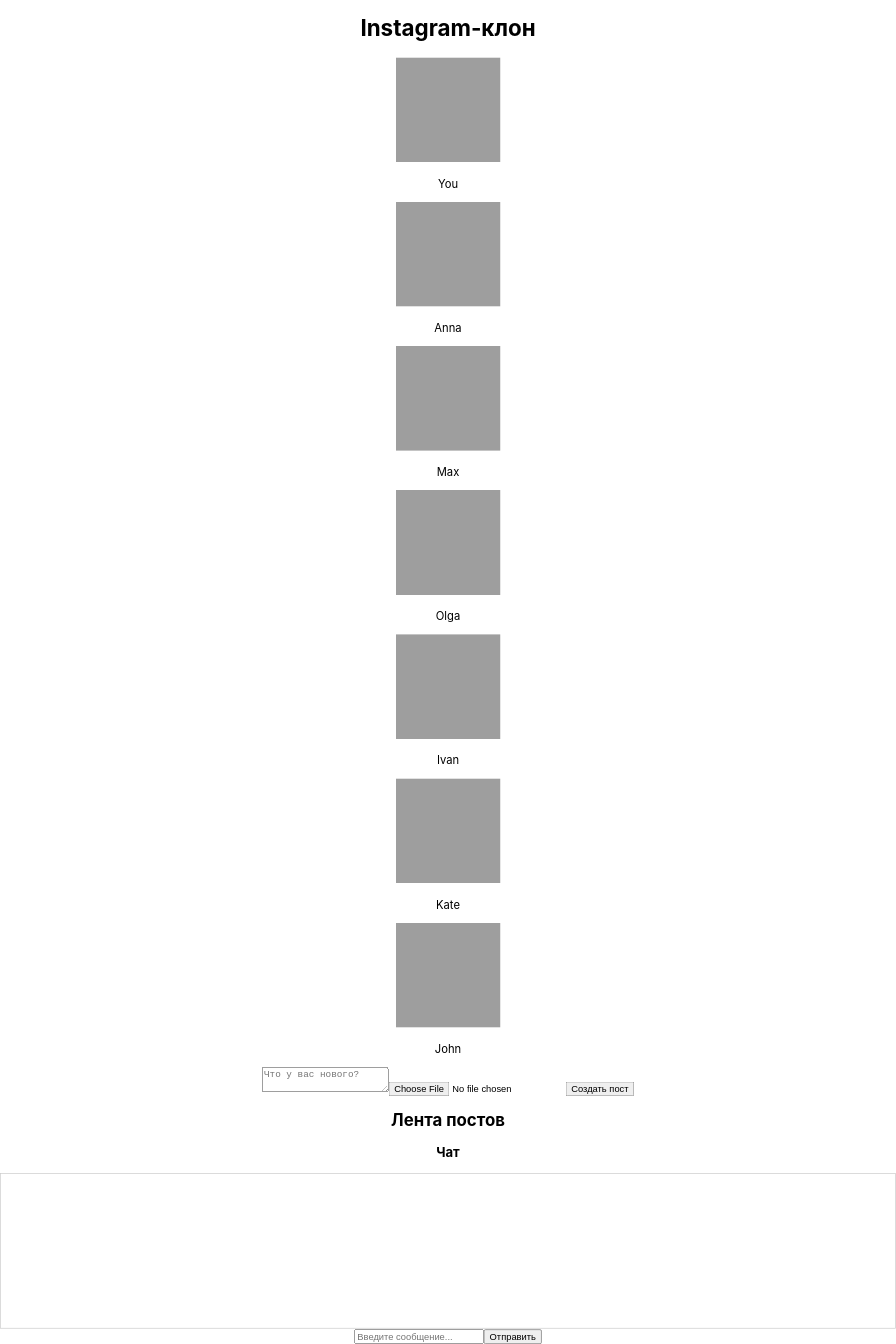
Repository: JuliiaJuliia/project-ichgram
Page: /
The author's editor kept a copy of each file at every save. The page is drawn from the files as they stood at one save, then again after the next save.
The browser window is 1280 px wide. The pictures show the whole page, at 70% of full size.
Pictures or frames that could not be fetched are drawn as grey boxes. The page's requests for data from a server got no answer. The project was rebuilt for these pictures with package versions that can differ from the ones it lists, and the page was loaded fresh each time. No one was signed in, and anything a server would have sent is missing.

Above is the page before, as saved 2026-02-19 07:51:12.

After the next save:
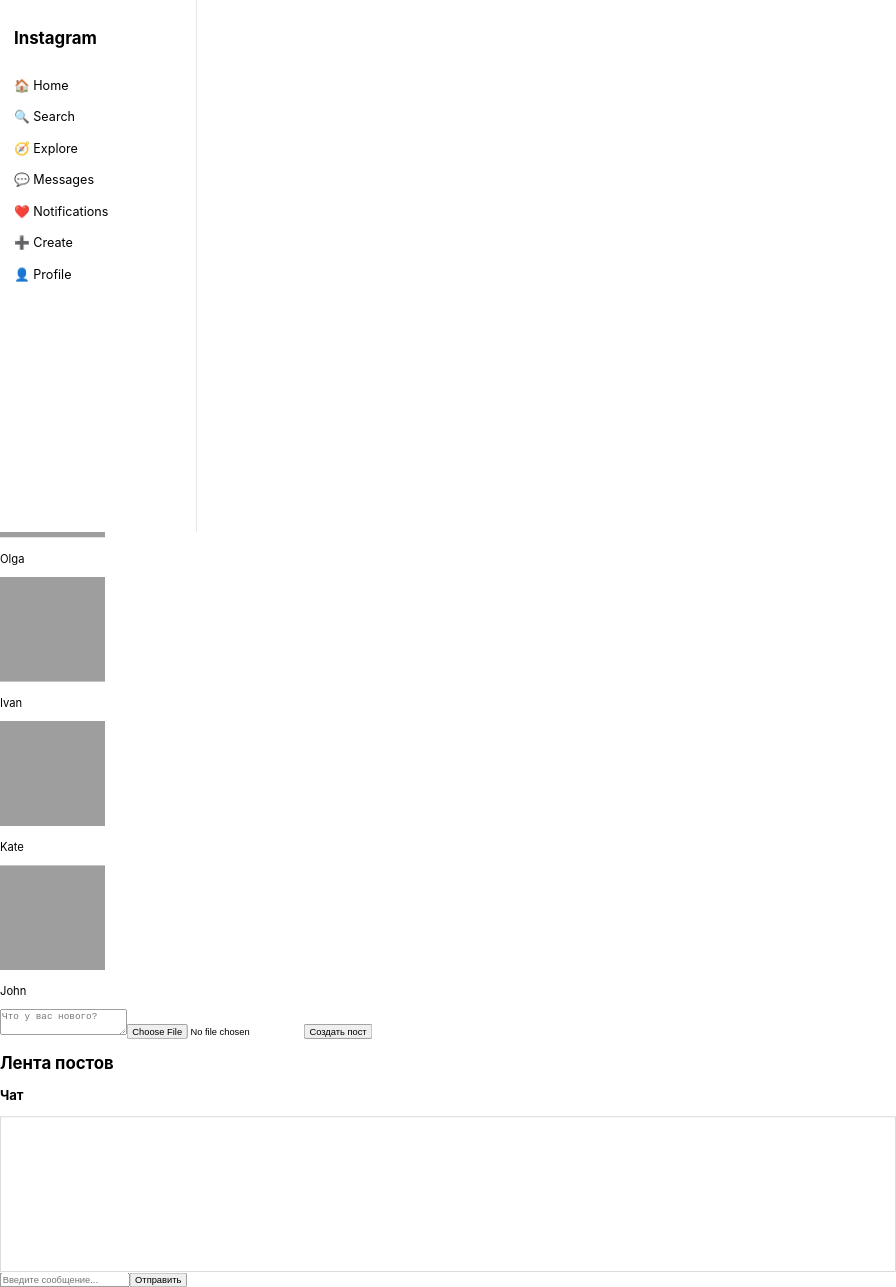
Saved 24 s later.
--- a/src/App.js
+++ b/src/App.js
@@ -1,24 +1,24 @@
 import "./App.css";
+import Sidebar from "./components/Sidebar";
+import Stories from "./components/Stories";
 import PostForm from "./components/PostForm";
+import Feed from "./components/Feed";
 import Chat from "./components/Chat";
-import Feed from "./components/Feed";
-import Stories from "./components/Stories";
 
 function App() {
   const chatId = "123";
   const userId = "user123";
 
   return (
-    <div className="App">
-      <h1>Instagram-клон</h1>
+    <div className="app-container">
+      <Sidebar />
 
-      <Stories />
-
-      <PostForm />
-
-      <Feed />
-
-      <Chat chatId={chatId} userId={userId} />
+      <div className="main-content">
+        <Stories />
+        <PostForm />
+        <Feed />
+        <Chat chatId={chatId} userId={userId} />
+      </div>
     </div>
   );
 }
